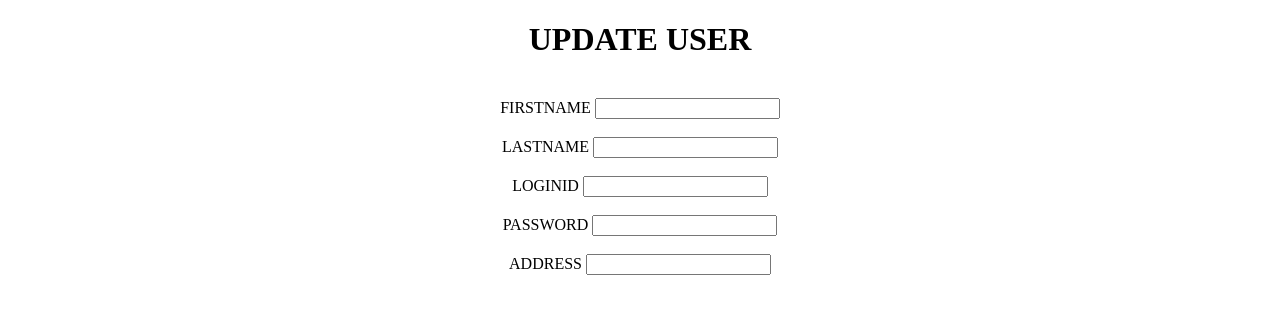
Repository: jatinragh42/Project_3_module
Page: http://localhost/p3/UpdateView.jsp
The author's editor kept a copy of each file at every save. The page is drawn from the files as they stood at one save, then again after the next save.
The browser window is 1280 px wide. The pictures show the whole page.
The page is served by Tomcat 9. Other server files are loaded and not shown.

Above is the page before, as saved 2023-12-01 07:12:33.

### Project_3_module_practice/p3/src/main/webapp/UpdateView.jsp
<%@ page language="java" contentType="text/html; charset=ISO-8859-1"
    pageEncoding="ISO-8859-1"%>
<!DOCTYPE html>
<html>
<head>
<meta charset="ISO-8859-1">
<title>Insert title here</title>
</head>
<body>


<jsp:useBean id="dto" class="com.rays.dto.UserDTO" scope="request"></jsp:useBean>


<h1 align="center">UPDATE USER</h1>

<div align="center">
<div>
<br>
<label>FIRSTNAME</label>
<input type="text" name="FirstName" value="">
</div>

<div>
<br>
<label>LASTNAME</label>
<input type="text" name="LastName" value="">
</div>

<div>
<br>
<label>LOGINID</label>
<input type="text" name="LoginId" value="">
</div>

<div>
<br>
<label>PASSWORD</label>
<input type="text" name="Password" value="">
</div>

<div>
<br>
<label>ADDRESS</label>
<input type="text" name="Address" value="">
</div>



</div>
</body>
</html>

### Project_3_module_practice/p3/src/main/java/com/rays/dto/UserDTO.java
package com.rays.dto;

public class UserDTO {

	private int id;
	private String FirstName;
	private String LastName;
	private String LoginId;
	private String Password;
	private String Address;
	public int getId() {
		return id;
	}
	public void setId(int id) {
		this.id = id;
	}
	public String getFirstName() {
		return FirstName;
	}
	public void setFirstName(String firstName) {
		FirstName = firstName;
	}
	public String getLastName() {
		return LastName;
	}
	public void setLastName(String lastName) {
		LastName = lastName;
	}
	public String getLoginId() {
		return LoginId;
	}
	public void setLoginId(String loginId) {
		LoginId = loginId;
	}
	public String getPassword() {
		return Password;
	}
	public void setPassword(String password) {
		Password = password;
	}
	public String getAddress() {
		return Address;
	}
	public void setAddress(String address) {
		Address = address;
	}


}

After the next save:
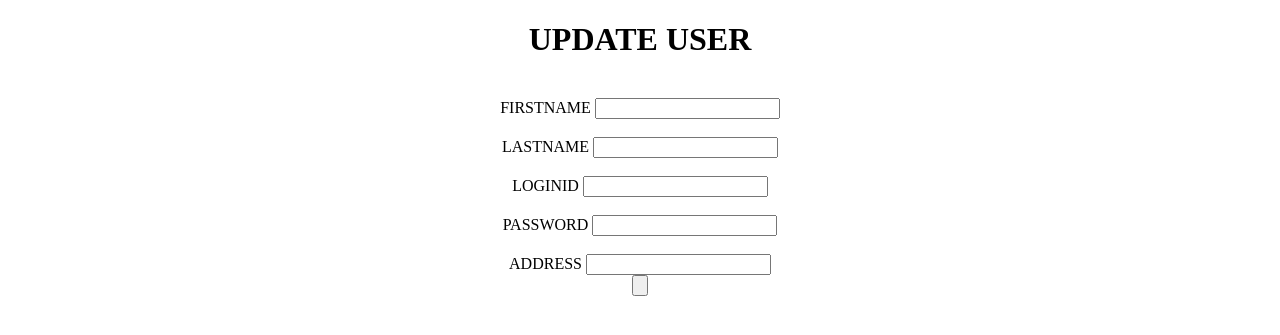
Saved 2 min 5 s later.
--- a/Project_3_module_practice/p3/src/main/webapp/UpdateView.jsp
+++ b/Project_3_module_practice/p3/src/main/webapp/UpdateView.jsp
@@ -45,6 +45,10 @@
 <input type="text" name="Address" value="">
 </div>
 
+<div>
+
+<input type="submit" name="operation" value="">
+</div>
 
 
 </div>
